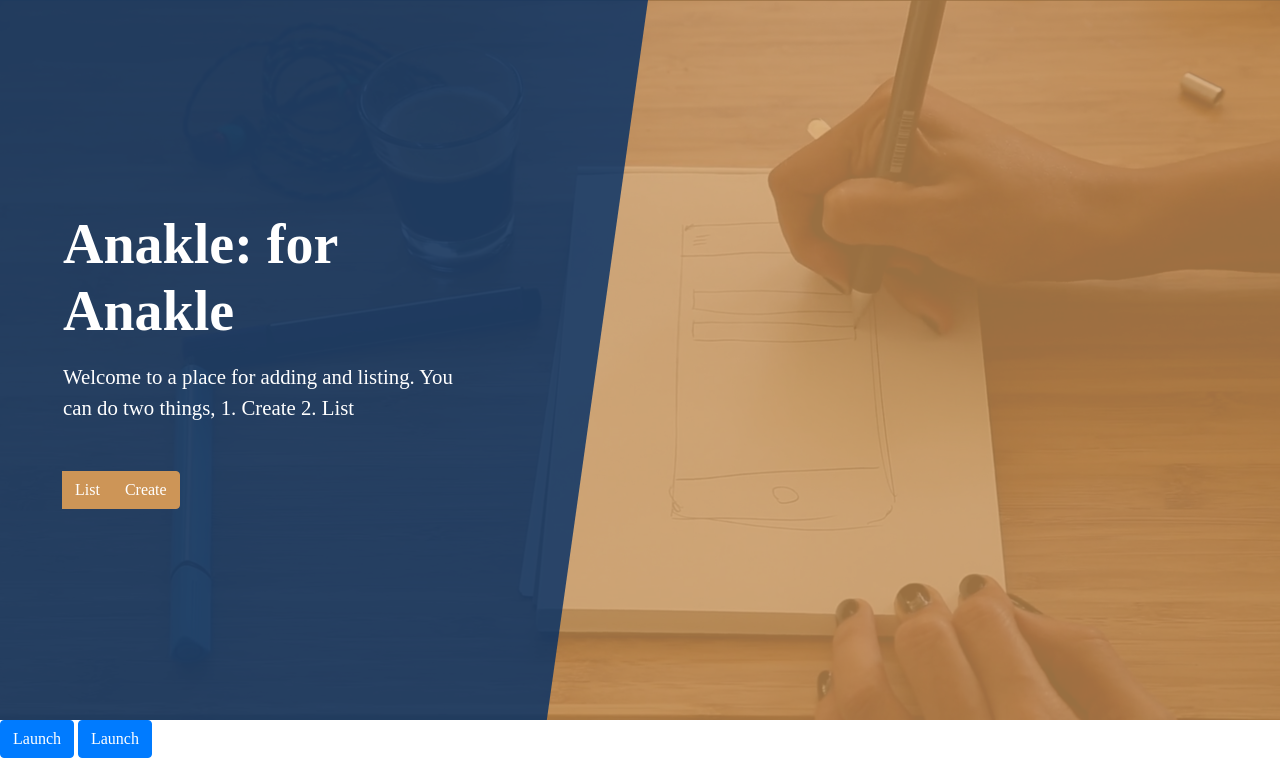
Repository: Guruscode/mega-list
Page: http://localhost/
These files come from the project's save history. The page is drawn as it stood at one moment and after the next save; the edit follows.
The browser window is 1280 px wide. The pictures show the whole page.
Some web fonts or font styles are not loaded; a fallback is used. The page is run by PHP 8.4 with error messages shown; the project is at /var/www/html/.

Above is the page before, as saved 2018-02-22 18:11:48.
Console error: TypeError: Cannot read properties of undefined (reading 'fn')

After the next save:
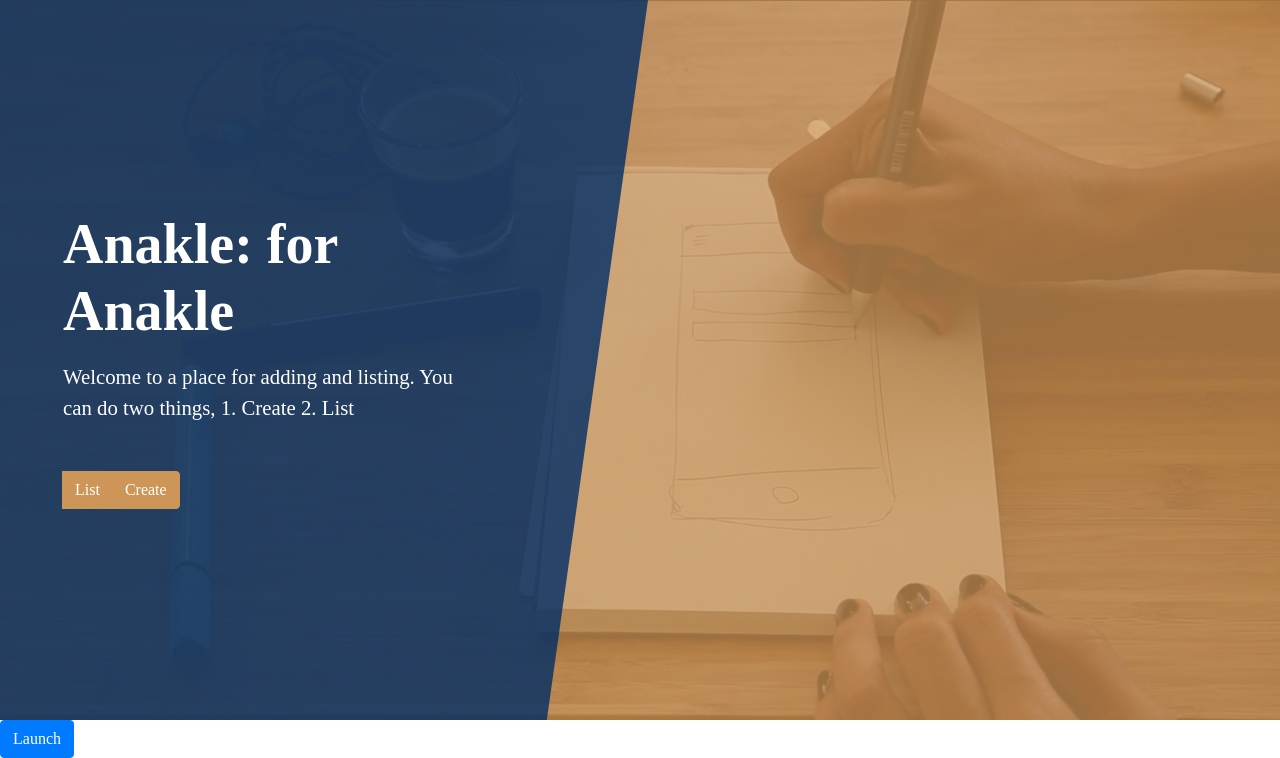
Saved 31 s later.
--- a/index.php
+++ b/index.php
@@ -88,7 +88,7 @@
 
 
 <!-- Button trigger modal -->
-<button type="button" class="btn btn-primary" id="add_modal" data-toggle="modal" data-target="#eaddModalCenter">
+<button type="button" class="btn btn-primary" id="add_modal" data-toggle="modal" data-target="#eaddModalCenter" style="display:none;">
   Launch
 </button>
 
